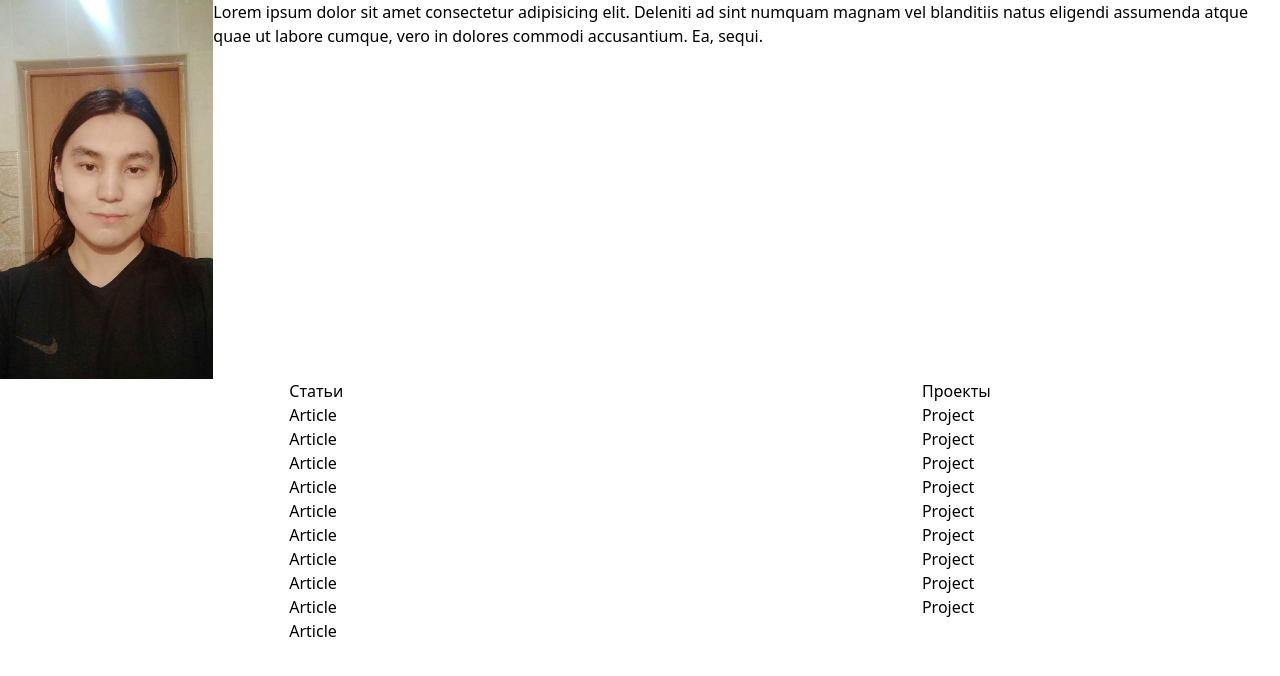
Repository: SkuldFuture/my-app
Page: /
An editor plug-in stored every save of this project. The page is shown before and after the next save, followed by the edit.
The browser window is 1280 px wide. The pictures show the whole page.
The project was rebuilt for these pictures with package versions that can differ from the ones it lists, and the page was loaded fresh each time. Also part of the build but not shown: src/App.css.

Above is the page before, as saved 2023-02-13 18:53:06.

### src/pages/Home.tsx
import { Articles } from "../components/Articles";
import { Header } from "../components/Header";
import { Projects } from "../components/Projects";

export function Home() {
  return (
    <>
      <Header />
      <div className="flex flex-row justify-around">
        <ul>
        <Articles />
        </ul>
        <ul>
        <Projects />
        </ul>
      </div>
    </>
  );
}

### src/components/Articles.tsx
import { Article } from "./Article";

export function Articles() {
  return (
    <>
      <h2>Статьи</h2>
      <Article />
      <Article />
      <Article />
      <Article />
      <Article />
      <Article />
      <Article />
      <Article />
      <Article />
      <Article />
    </>
  );
}

### src/components/Header.tsx
import React from "react";
import { Biography } from "./Biography";
import { RezumePhoto } from "./RezumePhoto";

export function Header() {
  return (
    <div className="flex flex-row justify-between">
      <RezumePhoto />
      <Biography />
    </div>
  );
}

### src/components/Projects.tsx
import React from "react";
import { Project } from "./Project";

export function Projects() {
  return (
    <>
      <h2>Проекты</h2>
      <Project />
      <Project />
      <Project />
      <Project />
      <Project />
      <Project />
      <Project />
      <Project />
      <Project />
    </>
  );
}

### src/components/Article.tsx
import React from 'react'

export function Article() {
  return (
    <div>Article</div>
  )
}

### src/components/Biography.tsx
import React from 'react'

export function Biography() {
  return (
    <div>Lorem ipsum dolor sit amet consectetur adipisicing elit. Deleniti ad sint numquam magnam vel blanditiis natus eligendi assumenda atque quae ut labore cumque, vero in dolores commodi accusantium. Ea, sequi.</div>
  )
}

### src/components/RezumePhoto.tsx
import React from 'react'

export function RezumePhoto() {
  return (
    <img className='w-1/6' src={require("../assets/photo.jpg")} alt="Me" />
  )
}

### src/components/Project.tsx
import React from 'react'

export function Project() {
  return (
    <div>Project</div>
  )
}

Loaded but not shown: public/index.html (common file); src/index.tsx (common file); src/index.css (common file); src/App.tsx (common file); tailwind.config.js (common file)

After the next save:
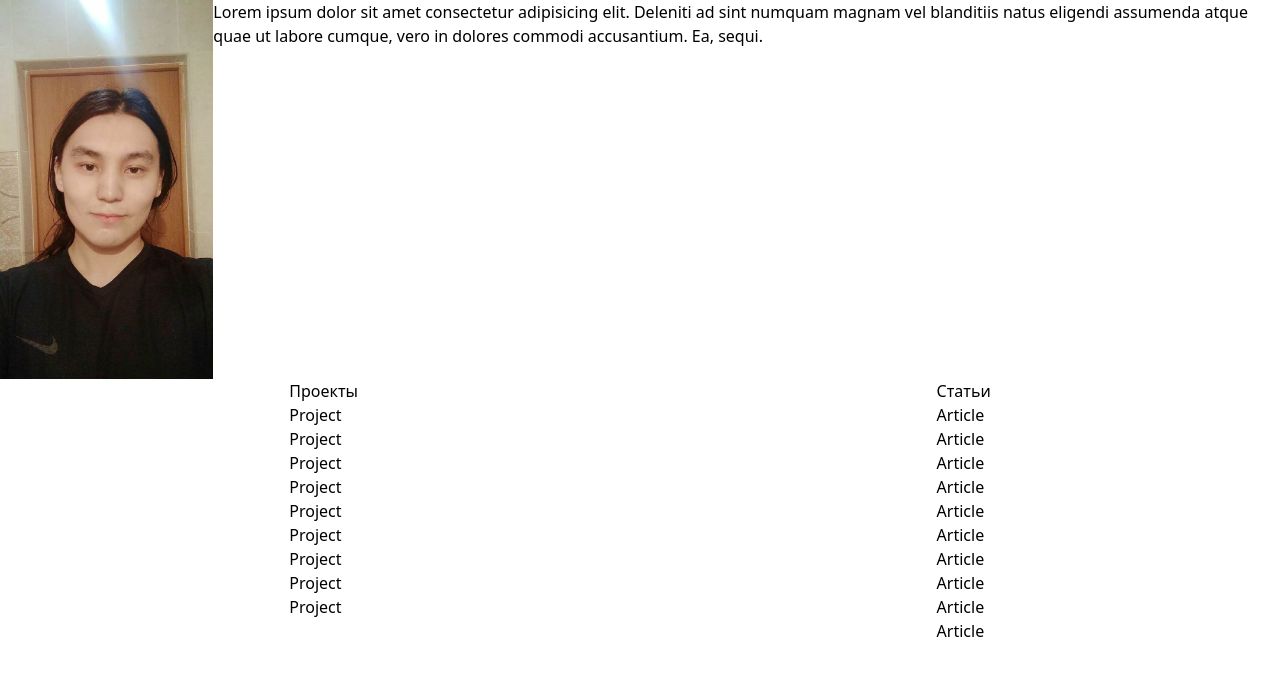
Saved 32 s later.
--- a/src/pages/Home.tsx
+++ b/src/pages/Home.tsx
@@ -8,10 +8,10 @@ export function Home() {
       <Header />
       <div className="flex flex-row justify-around">
         <ul>
-        <Articles />
+        <Projects />
         </ul>
         <ul>
-        <Projects />
+        <Articles />
         </ul>
       </div>
     </>
